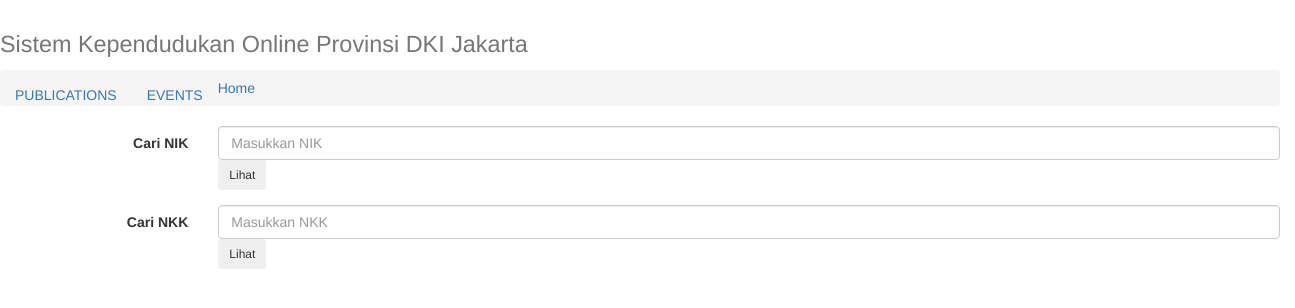
Repository: apap-2017/tugas1_1406544135
Page: http://localhost/index
An editor plug-in stored every save of this project. The page is shown before and after the next save, followed by the edit.
The browser window is 1280 px wide. The page is 1295 px wide, so the pictures cover 1295 px, including what lies to the right of the window. The pictures show the whole page.
The page is this project's Thymeleaf template; nobody is signed in. The template is opened directly, without the code that normally fills it, so the values that code supplies are empty.

Above is the page before, as saved 2017-10-20 11:50:35.

After the next save:
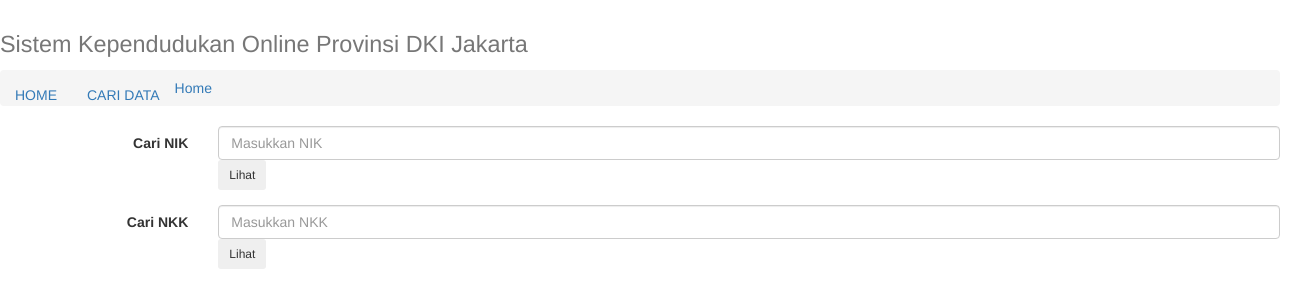
Saved 50 s later.
--- a/Tugas1_1406544135/src/main/resources/templates/index.html
+++ b/Tugas1_1406544135/src/main/resources/templates/index.html
@@ -17,8 +17,8 @@
 <header class="main-header">
 				<div class="navbar-custom-menu">
 					<ul class="nav navbar-nav">
-						<li><a th:href="@{/b8/home/publication}">PUBLICATIONS</a></li>
-						<li><a th:href="@{/b8/home/event}">EVENTS</a></li>
+						<li><a th:href="@{/}">HOME</a></li>
+						<li><a th:href="@{/b8/home/event}">CARI DATA</a></li>
 					</ul>
 				</div>
 		</header>
